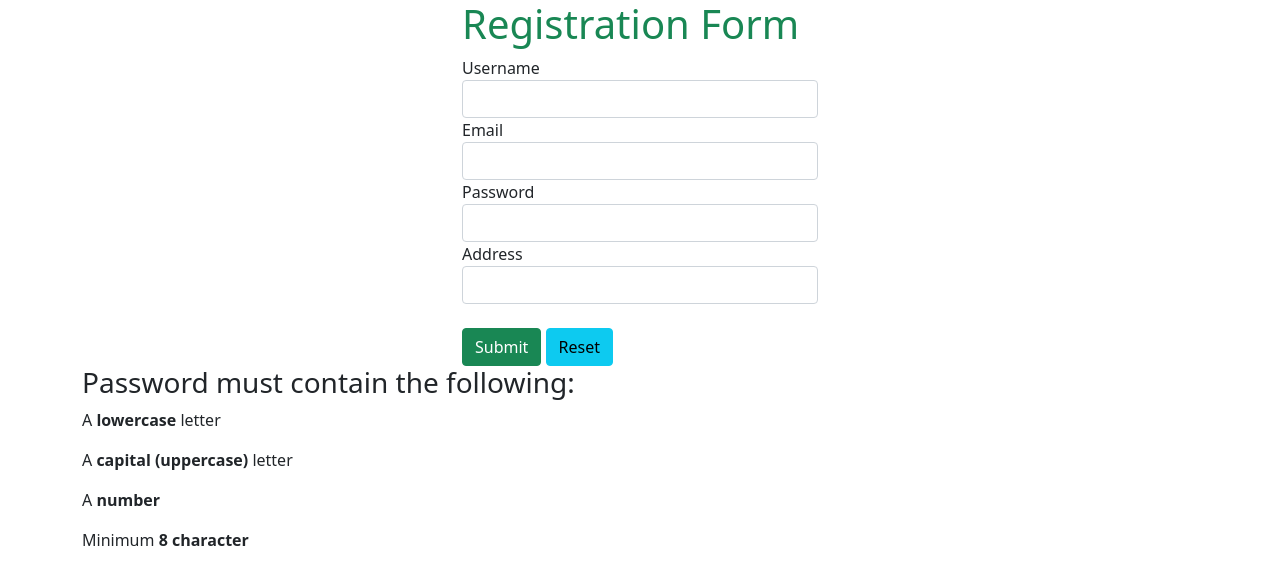
Repository: Laxman877/MyWorkspace
Page: Corejava/Learning_Web/src/main/webapp/boostrapDemo3.html
An editor plug-in stored every save of this project. The page is shown before and after the next save, followed by the edit.
The browser window is 1280 px wide. The pictures show the whole page.

Above is the page before, as saved 2022-04-30 04:03:50.

After the next save:
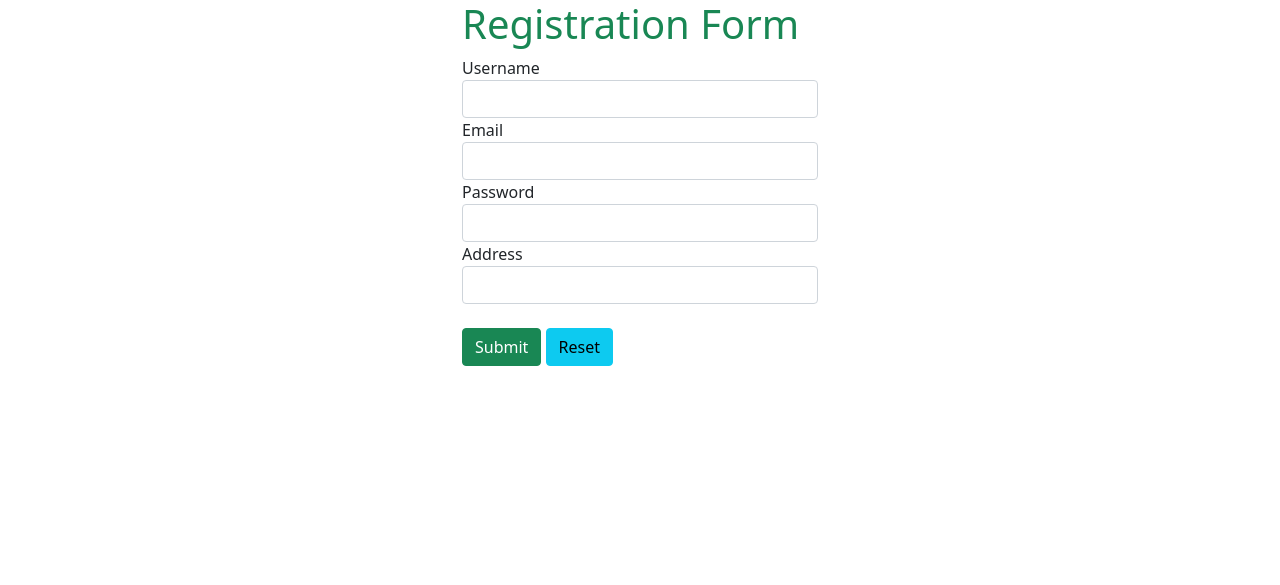
Saved 5 min 49 s later.
--- a/Corejava/Learning_Web/src/main/webapp/boostrapDemo3.html
+++ b/Corejava/Learning_Web/src/main/webapp/boostrapDemo3.html
@@ -41,13 +41,7 @@
 <input type="Reset" class="btn btn-info">
 </form>
 </div>
-<div id="message">
-<h3>Password must contain the following:</h3>
-<p id="letter" class="invalid">A <b>lowercase</b> letter</p>
-<p id="capital" class="invalid">A <b>capital (uppercase)</b> letter</p>
-<p id="number" class="invalid">A <b>number</b></p>
-<p id="length" class="invalid">Minimum <b>8 character</b></p>
-</div>
+
 <div class="col-md-4"></div>
 </div>
 </div>
